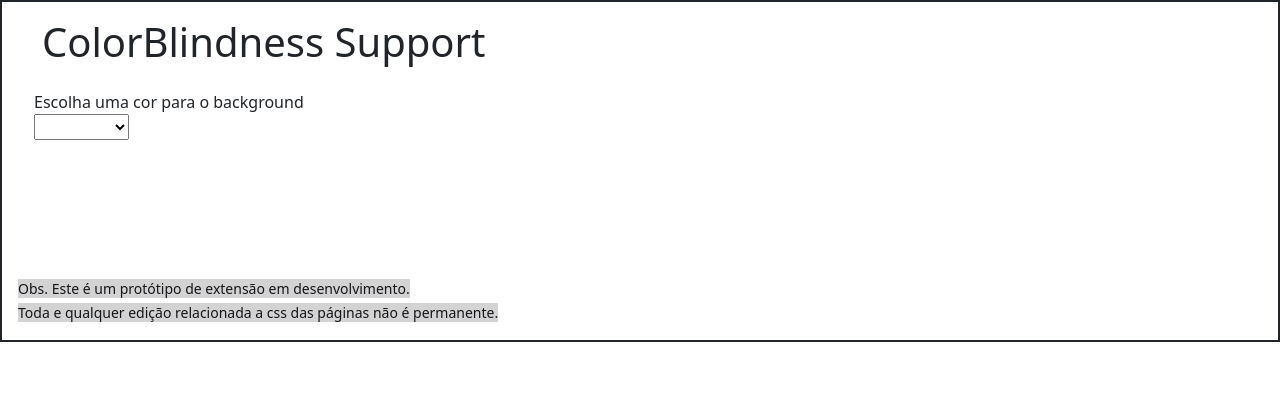
Repository: pedrosiqueira/daltonchrome
Page: popup.html
The author's editor kept a copy of each file at every save. The page is drawn from the files as they stood at one save, then again after the next save.
The browser window is 1280 px wide. The pictures show the whole page.

Above is the page before, as saved 2022-06-17 13:15:13.

### popup.html
<!DOCTYPE html>
<html>

<head>
    <meta charset="utf-8" />
    <link href="css/vendor/bootstrap.min.css" rel="stylesheet" crossorigin="anonymous">
    <link rel="stylesheet" type="text/css" href="css/popup.css" />
</head>

<body class="p-3 flex border border-dark border-2 ">

    <div class="container flex row">

        <h1 class="form-title"> ColorBlindness Support </h1>
        <!--  <div class="form-check form-switch col">
            <input class="form-check-input" type="checkbox" id="flexSwitchCheckChecked">
            <label class="form-check-label" for="flexSwitchCheckChecked" id="MeuSwitch">Ativar extensão</label>
        </div>
        <button id="meubotao" type="button" class="btn row w-10 h-15 btn-dark">
            Clique-me
        </button> -->
    </div>

    <div class="p-3">
        <label for="cores">Escolha uma cor para o background</label>
        <br>
        <select name="cores" id="cores">
            <option value="#"> </option>
            <option value="red">Vermelho</option>
            <option value="green">Verde</option>
            <option value="blue">Azul</option>
        </select>
    </div>
    <br> <br><br><br><br>
    <alert id="alert" class="alert-dark form-text">Obs. Este é um protótipo de extensão em desenvolvimento.<br>
    Toda e qualquer edição relacionada a css das páginas não é permanente.
    </alert>

    <script src="js/vendor/jquery-3.6.0.min.js"></script>
    <script src="js/vendor/bootstrap.bundle.min.js"></script>
    <script src="js/popup.js"></script>
</body>

</html>

### css/popup.css
body {
    min-width:600px;
    min-height:300px;
}

#table-wrapper {
    position:relative;
    white-space: nowrap;
}
#table-scroll {
    overflow:auto;
    margin-top:20px;
}
#table-wrapper table {
    width:100%;

}

#table-wrapper table thead th .text {
    position:absolute;
    top:-20px;
    z-index:2;
    height:20px;
    width:35%;
    border:1px solid red;
}

#table-wrapper table tbody td{
    border: 1px solid black;
}

### js/popup.js
start()

function start() {
    $("#meubotao").click(umafuncao)
}

function ativar(){
    $("#MeuSwitch")
}


async function umafuncao() {

    // obtém a aba atual
    [currentTab] = await chrome.tabs.query({ active: true, currentWindow: true });

    // envia mensagem para a aba atual
    chrome.tabs.sendMessage(currentTab.id, { nome: "Carol", curso: "TADS", orientador: "pedro" }, callback);


}

// funcao que recebe a resposta da mensagem que foi enviada para alguma aba
function callback(response) {
    console.log("ufa, a mensagem conseguiu chegar!")
    console.log(response)
}

Loaded but not shown: css/vendor/bootstrap.min.css (library); js/vendor/jquery-3.6.0.min.js (library); js/vendor/bootstrap.bundle.min.js (library)

After the next save:
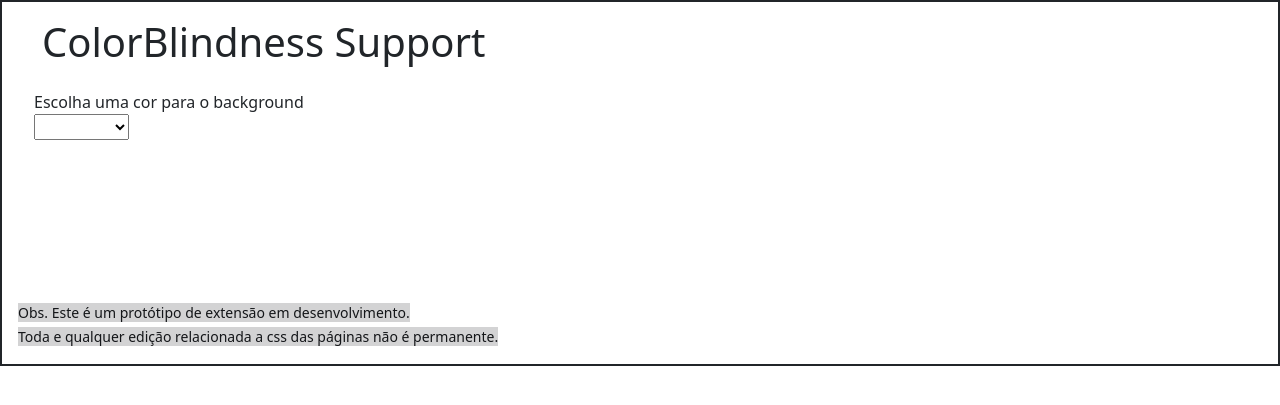
Saved 7 s later.
--- a/popup.html
+++ b/popup.html
@@ -31,7 +31,7 @@
             <option value="blue">Azul</option>
         </select>
     </div>
-    <br> <br><br><br><br>
+    <br> <br><br><br><br><br>
     <alert id="alert" class="alert-dark form-text">Obs. Este é um protótipo de extensão em desenvolvimento.<br>
     Toda e qualquer edição relacionada a css das páginas não é permanente.
     </alert>
